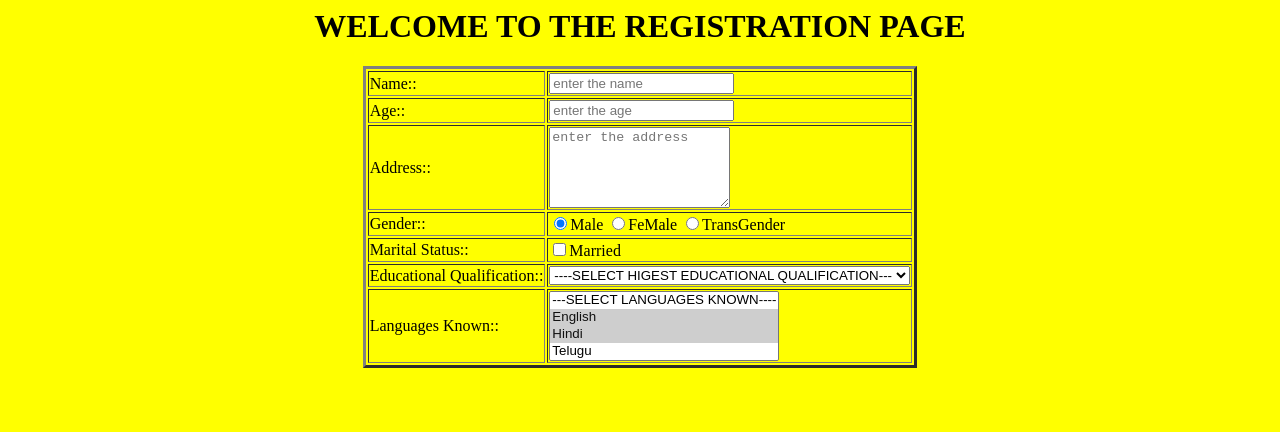
Repository: shivaramkrishna53/SERVLET_PROJECTS
Page: proj12-WorkingWithDifferentFormComponents-RegistrationApp/WebContent/input.html
These files come from the project's save history. The page is drawn as it stood at one moment and after the next save; the edit follows.
The browser window is 1280 px wide. The pictures show the whole page.

Above is the page before, as saved 2021-01-12 14:46:38.

After the next save:
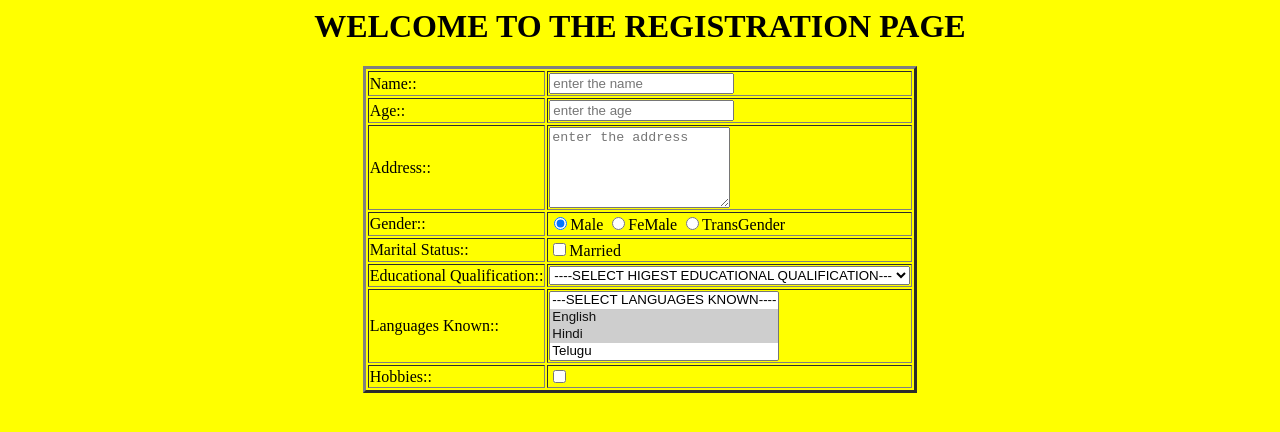
Saved 6 min 43 s later.
--- a/proj12-WorkingWithDifferentFormComponents-RegistrationApp/WebContent/input.html
+++ b/proj12-WorkingWithDifferentFormComponents-RegistrationApp/WebContent/input.html
@@ -68,6 +68,13 @@ Educational Qualification::
 </select>
 </td>
 </tr>
+<tr>
+<td>Hobbies::</td>
+<td>
+<input type="checkbox" name="hobbies" multiple>
+</input>
+</td>
+</tr>
 </table>
 </form>
 </center>
